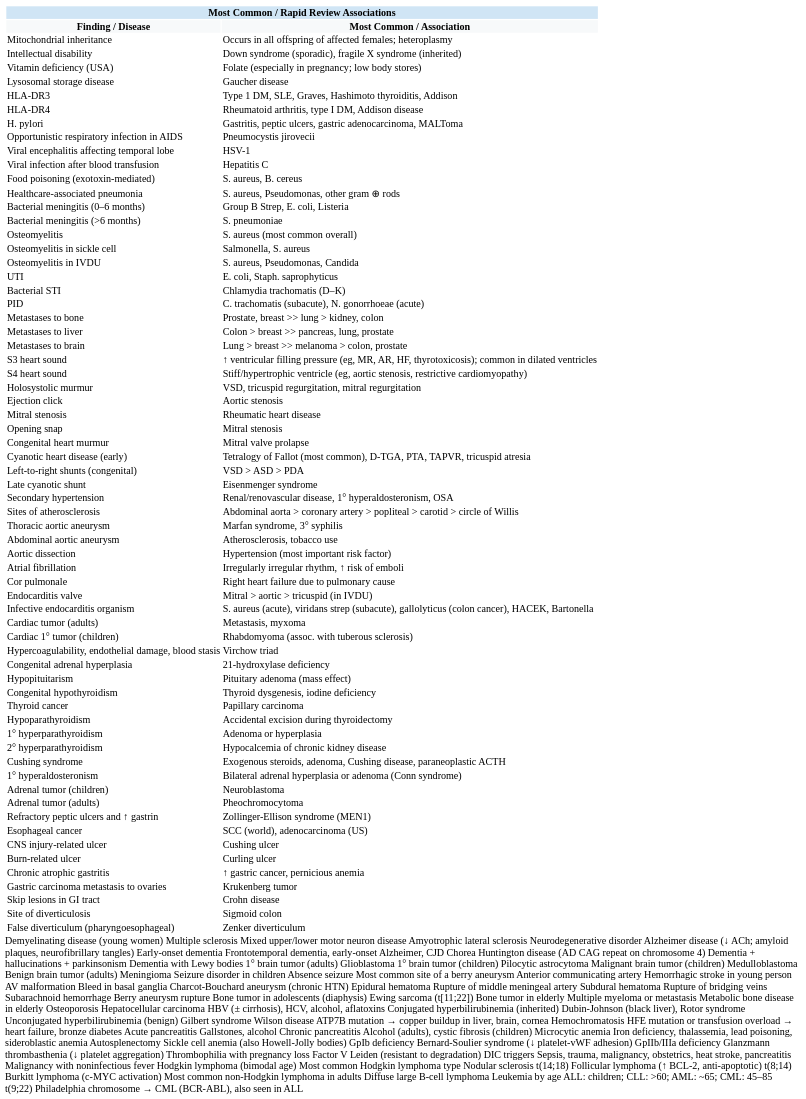
Repository: sharperdragon/STEVEL-1-Summaries
Page: subdex/rapid_review_associations.html
The author's editor kept a copy of each file at every save. The page is drawn from the files as they stood at one save, then again after the next save.
The browser window is 1280 px wide. The pictures show the whole page, at 63% of full size.

Above is the page before, as saved 2025-05-20 23:20:39.

After the next save:
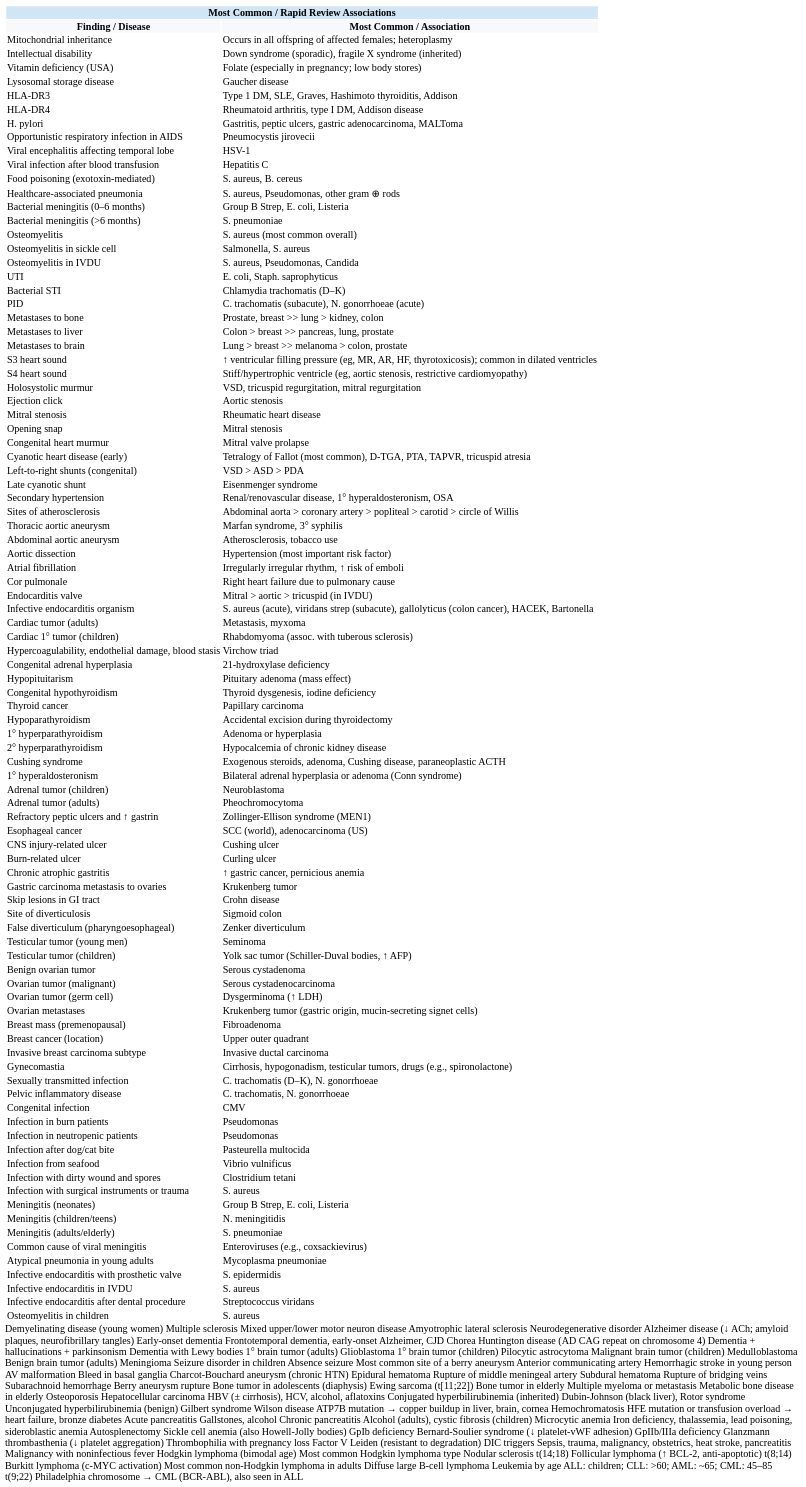
Saved 49 s later.
--- a/subdex/rapid_review_associations.html
+++ b/subdex/rapid_review_associations.html
@@ -273,6 +273,119 @@
         <td>Zenker diverticulum</td>
       </tr>
     </tbody>
+    <!-- Reproductive, Genitourinary, and Infectious Disease Rapid Review Associations -->
+    <tr>
+      <td>Testicular tumor (young men)</td>
+      <td>Seminoma</td>
+    </tr>
+    <tr>
+      <td>Testicular tumor (children)</td>
+      <td>Yolk sac tumor (Schiller-Duval bodies, ↑ AFP)</td>
+    </tr>
+    <tr>
+      <td>Benign ovarian tumor</td>
+      <td>Serous cystadenoma</td>
+    </tr>
+    <tr>
+      <td>Ovarian tumor (malignant)</td>
+      <td>Serous cystadenocarcinoma</td>
+    </tr>
+    <tr>
+      <td>Ovarian tumor (germ cell)</td>
+      <td>Dysgerminoma (↑ LDH)</td>
+    </tr>
+    <tr>
+      <td>Ovarian metastases</td>
+      <td>Krukenberg tumor (gastric origin, mucin-secreting signet cells)</td>
+    </tr>
+    <tr>
+      <td>Breast mass (premenopausal)</td>
+      <td>Fibroadenoma</td>
+    </tr>
+    <tr>
+      <td>Breast cancer (location)</td>
+      <td>Upper outer quadrant</td>
+    </tr>
+    <tr>
+      <td>Invasive breast carcinoma subtype</td>
+      <td>Invasive ductal carcinoma</td>
+    </tr>
+    <tr>
+      <td>Gynecomastia</td>
+      <td>Cirrhosis, hypogonadism, testicular tumors, drugs (e.g., spironolactone)</td>
+    </tr>
+    <tr>
+      <td>Sexually transmitted infection</td>
+      <td>C. trachomatis (D–K), N. gonorrhoeae</td>
+    </tr>
+    <tr>
+      <td>Pelvic inflammatory disease</td>
+      <td>C. trachomatis, N. gonorrhoeae</td>
+    </tr>
+    <tr>
+      <td>Congenital infection</td>
+      <td>CMV</td>
+    </tr>
+    <tr>
+      <td>Infection in burn patients</td>
+      <td>Pseudomonas</td>
+    </tr>
+    <tr>
+      <td>Infection in neutropenic patients</td>
+      <td>Pseudomonas</td>
+    </tr>
+    <tr>
+      <td>Infection after dog/cat bite</td>
+      <td>Pasteurella multocida</td>
+    </tr>
+    <tr>
+      <td>Infection from seafood</td>
+      <td>Vibrio vulnificus</td>
+    </tr>
+    <tr>
+      <td>Infection with dirty wound and spores</td>
+      <td>Clostridium tetani</td>
+    </tr>
+    <tr>
+      <td>Infection with surgical instruments or trauma</td>
+      <td>S. aureus</td>
+    </tr>
+    <tr>
+      <td>Meningitis (neonates)</td>
+      <td>Group B Strep, E. coli, Listeria</td>
+    </tr>
+    <tr>
+      <td>Meningitis (children/teens)</td>
+      <td>N. meningitidis</td>
+    </tr>
+    <tr>
+      <td>Meningitis (adults/elderly)</td>
+      <td>S. pneumoniae</td>
+    </tr>
+    <tr>
+      <td>Common cause of viral meningitis</td>
+      <td>Enteroviruses (e.g., coxsackievirus)</td>
+    </tr>
+    <tr>
+      <td>Atypical pneumonia in young adults</td>
+      <td>Mycoplasma pneumoniae</td>
+    </tr>
+    <tr>
+      <td>Infective endocarditis with prosthetic valve</td>
+      <td>S. epidermidis</td>
+    </tr>
+    <tr>
+      <td>Infective endocarditis in IVDU</td>
+      <td>S. aureus</td>
+    </tr>
+    <tr>
+      <td>Infective endocarditis after dental procedure</td>
+      <td>Streptococcus viridans</td>
+    </tr>
+    <tr>
+      <td>Osteomyelitis in children</td>
+      <td>S. aureus</td>
+    </tr>
   </table>
 </div>
 <tr>
